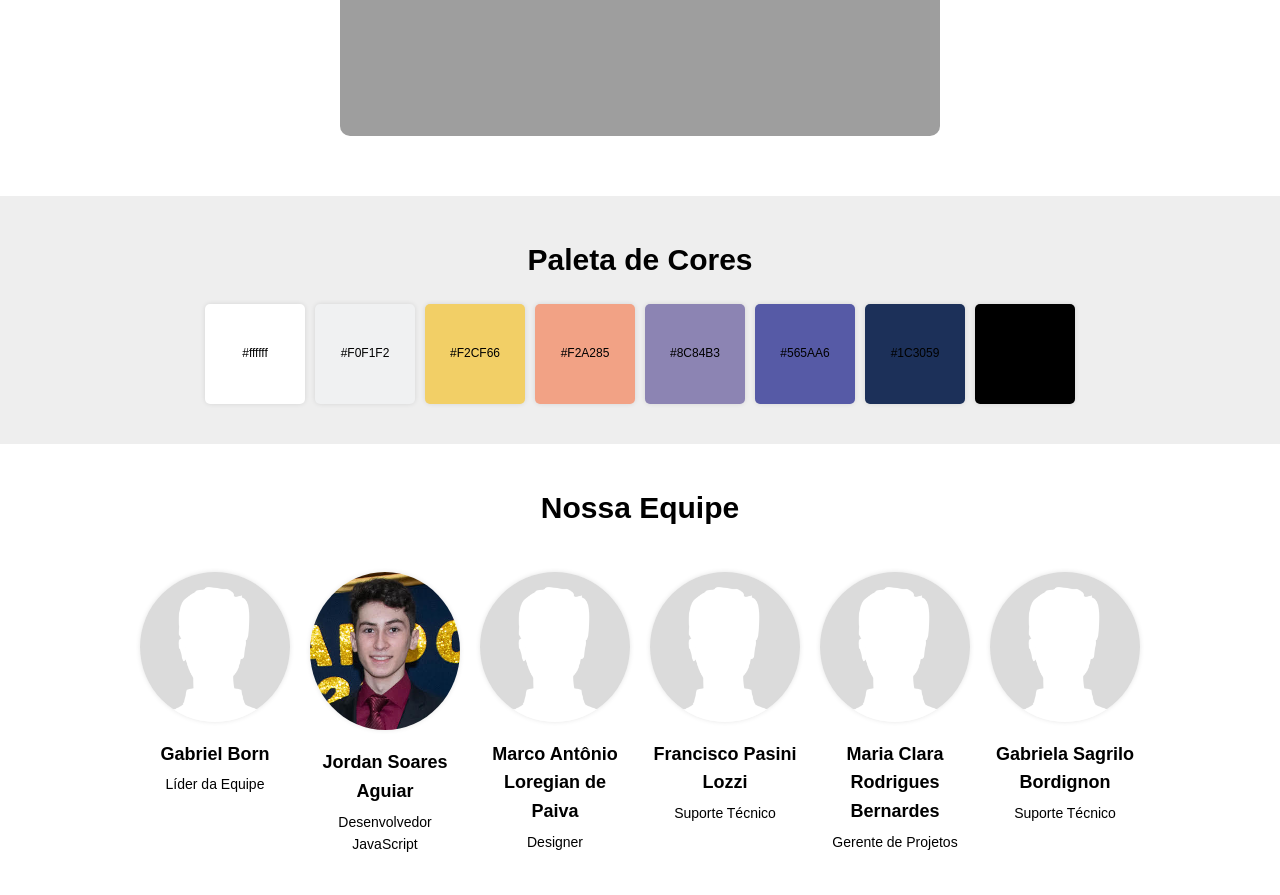
Repository: Gabrielb0rn/0EasyDesk.io
Page: about.html
An editor plug-in stored every save of this project. The page is shown before and after the next save, followed by the edit.
The browser window is 1280 px wide. The pictures show the part of the page from y = 800 to 1752 px (the page is 1695 px tall before and 1752 px after).
Pictures or frames that could not be fetched are drawn as grey boxes.

Above is the page before, as saved 2024-11-26 12:21:54.
Console error: TypeError: Cannot set properties of null (setting 'innerHTML')

After the next save:
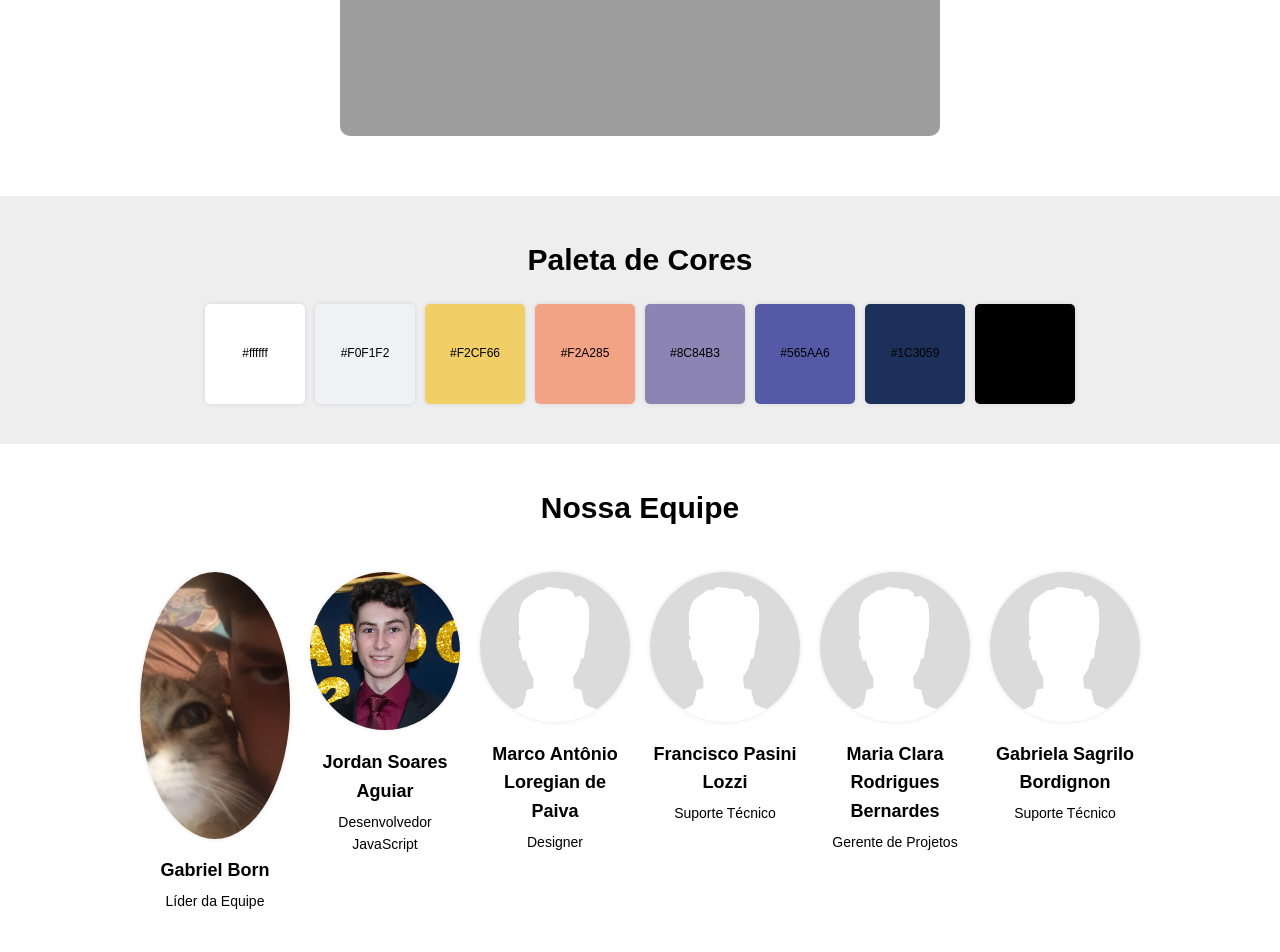
Saved 2 min 5 s later.
--- a/about.html
+++ b/about.html
@@ -79,7 +79,7 @@
             <h2>Nossa Equipe</h2>
             <div class="team-members">
                 <div class="member">
-                    <img src="assets\.css\images\members\v53_158.png" alt="Gabriel Born">
+                    <img src="assets\.css\images\members\born.jpg" alt="Gabriel Born">
                     <h3>Gabriel Born</h3>
                     <p>Líder da Equipe</p>
 
